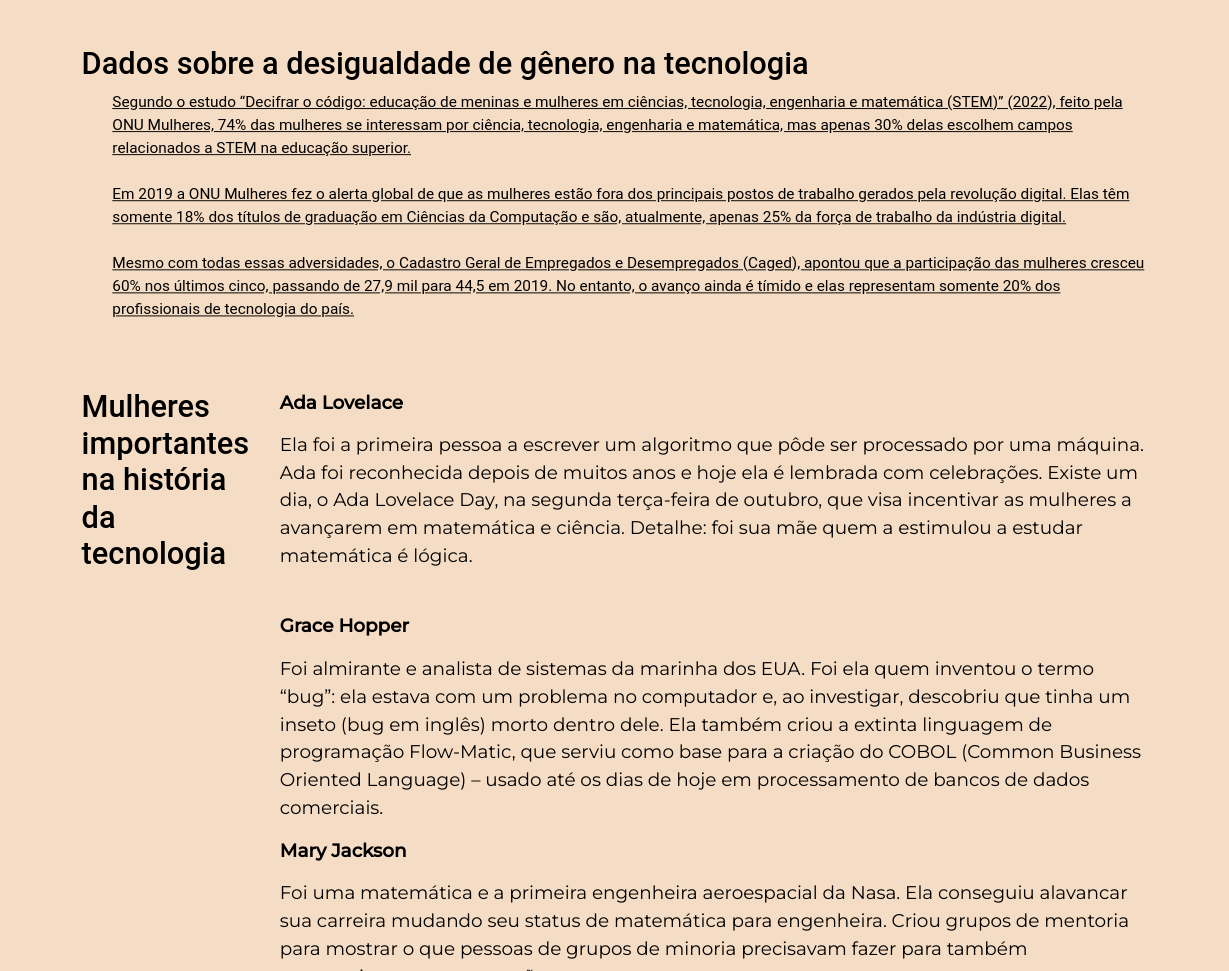
Repository: BellsBarbosa/ODS5_IGUALDADE_DE_GENERO
Page: index.html
The author's editor kept a copy of each file at every save. The page is drawn from the files as they stood at one save, then again after the next save.
The browser window is 1280 px wide. The pictures show the part of the page from y = 1260 to 2271 px (the page is 3278 px tall before and 3208 px after), at 96% of full size.
A picture or video elsewhere on the page could not be fetched, so the positions and the page height are approximate.

Above is the page before, as saved 2023-08-11 15:17:52.

### index.html
<!DOCTYPE html>
<html lang="en">

<head>
    <meta charset="UTF-8">
    <meta name="viewport" content="width=device-width, initial-scale=1.0">
    <meta name="author" content="Isabel Barbosa, Bootstrap contributors">
    <title>ODS 5 - Igualdade de Gênero</title>
    <link href="https://cdn.jsdelivr.net/npm/bootstrap@5.3.0-alpha3/dist/css/bootstrap.min.css" rel="stylesheet"
        integrity="sha384-KK94CHFLLe+nY2dmCWGMq91rCGa5gtU4mk92HdvYe+M/SXH301p5ILy+dN9+nJOZ" crossorigin="anonymous">
    <link rel="stylesheet" href="https://cdn.jsdelivr.net/npm/bootstrap-icons@1.10.5/font/bootstrap-icons.css">
    <link rel="preconnect" href="https://fonts.googleapis.com">
    <link rel="preconnect" href="https://fonts.gstatic.com" crossorigin>
    <link
        href="https://fonts.googleapis.com/css2?family=Caveat:wght@500;700&family=Kalam&family=Montserrat:ital,wght@0,300;0,400;0,500;1,400;1,500;1,600&display=swap"
        rel="stylesheet">
    <link rel="stylesheet" href="style.css">
    </script>


</head>

<body>

    <header class="header-menu">
        <nav>
            <img src="IMG/ODS5-1.jpg" alt="ODS5" width="100%" height="100%"></a>
            <ul class="lista-menu">
                <li><a href="#ods">ODS</a> </li>
                <li><a href="#dados">Dados</a></li>
                <li><a href="#destaques">Destaques</a></li>
                <li><a href="#cards">Soluções</a></li>
                <li><a href="#contato">Contatos</a></li>
            </ul>
        </nav>

    </header>


    <div class="container col-xxl-8 px-4 py-5">
        <div class="row flex-lg-row-reverse align-items-center g-5 py-5">
            <div class="col-10 col-sm-8 col-lg-6">
                <img src="IMG/4029136.jpg" class="d-block mx-lg-auto img-fluid" alt="Bootstrap Themes" loading="lazy">
            </div>
            <div class="col-lg-6">
                <h1 class="display-5 fw-bold text-body-emphasis lh-1 mb-3">ODS 5 - IGUALDADE DE GÊNERO</h1>
                <p class="lead">Aumentar o uso de tecnologias de base, em particular as tecnologias de informação
                    <br>e comunicação, para promover o empoderamento das mulheres.
                </p>
                <a href="https://brasil.un.org/pt-br/sdgs/5" class="botao" target="_blank">Saiba mais</a>
                <div class="d-grid gap-2 d-md-flex justify-content-md-start">

                </div>
            </div>
        </div>
    </div>



    <section class="container-fluid" id="ods">
        <div class="row">
            <div class="column">
                <h2 id="h2-margin">O Que são as ODS?</h2>
                <p>Os Objetivos de Desenvolvimento Sustentável são um apelo global à ação para acabar com a
                    pobreza,
                    proteger o meio ambiente e o clima e garantir que as pessoas, em todos os lugares, possam
                    desfrutar de paz e de prosperidade. Estes são os objetivos para os quais as Nações Unidas
                    estão
                    contribuindo a fim de que possamos atingir a Agenda 2030 no Brasil. O objetivo escolhido foi
                    a ODS 5.B: Aumentar o uso de tecnologias de base, em particular as
                    tecnologias de informação e comunicação, para promover o empoderamento das mulheres.
                </p>
                <img src="IMG/odssss-1-scaled.jpg" align-items="left" alt="Crédito da imagem: Estratégia Ods"
                    width="600" height="330">
                </h1>
            </div>

            <div class="column">
                <h2>ODS 5 - Igualdade de Gênero</h2>
                <p><i>Juliette Erath</i></p>
                <p>"A desigualdade de gênero é em grande parte responsável pela diferença no ambiente de
                    trabalho e
                    nas habilidades em relação a um padrão no setor de tecnologia. Para enfrentar essa
                    desigualdade
                    internacional e crescente, um esforço com empenho precisa ser feito para compreender a
                    origem
                    desse problema e solucioná-lo (...) No Brasil, em 2019, apenas 26% dos formados na área STEM
                    eram mulheres." é o que nos diz <a
                        href="https://www.ironhack.com/br/pt/blog/desigualdade-de-genero-na-tecnologia-vamos-discuti-la"
                        class="link" target="_blank">Juliette Erath em seu texto para IRONHACK.</a></p>
                <iframe width="560" height="315" src="https://www.youtube.com/embed/go-VJzRqacE"
                    title="YouTube video player" frameborder="0"
                    allow="accelerometer; autoplay; clipboard-write; encrypted-media; gyroscope; picture-in-picture; web-share"
                    allowfullscreen></iframe>
            </div>
        </div>

    </section>
    <section class="container-fluid" id="dados">
        <article class="container article-lista">
            <div class="dados">
                <h2>Dados sobre a desigualdade de gênero na tecnologia</h2>
                <ul>
                    <li> <a href="https://blog.google/intl/pt-br/novidades/por-dentro-do-google/mind-the-gap-2022-incentivando-meninas-a-ingressarem-em-carreiras-na-area-de-tecnologia/#:~:text=Segundo%20o%20estudo%20%E2%80%9CDecifrar%20o,a%20STEM%20na%20educa%C3%A7%C3%A3o%20superior."
                            class="link" target="_blank">Segundo o estudo “Decifrar o código: educação de
                            meninas e
                            mulheres em ciências, tecnologia, engenharia e matemática (STEM)” (2022), feito pela
                            ONU
                            Mulheres, 74% das mulheres se interessam por ciência, tecnologia, engenharia e
                            matemática,
                            mas apenas 30% delas escolhem campos relacionados a STEM na educação superior.</a>
                    </li> </br>
                    <a href="http://www.onumulheres.org.br/noticias/onu-mulheres-defende-investimentos-publicos-e-privados-em-igualdade-de-genero-para-aumentar-participacao-de-meninas-e-mulheres-em-ciencia-e-tecnologia/"
                        class="link" target="_blank">Em 2019 a ONU Mulheres fez o alerta global de que as
                        mulheres estão
                        fora dos principais postos de trabalho gerados pela revolução digital. Elas têm somente
                        18% dos
                        títulos de graduação em Ciências da Computação e são, atualmente, apenas 25% da força de
                        trabalho da indústria digital.</a></li> </br> </br>
                    <li> <a href="https://www.vittude.com/blog/mulheres-na-tecnologia-os-desafios-femininos-no-setor/"
                            class="link" target="_blank"> Mesmo com todas essas adversidades, o Cadastro Geral
                            de
                            Empregados e Desempregados (Caged), apontou que a participação das mulheres cresceu
                            60% nos
                            últimos cinco, passando de 27,9 mil para 44,5 em 2019. No entanto, o avanço ainda é
                            tímido e
                            elas representam somente 20% dos profissionais de tecnologia do país.</a> </li>
                    </br>
                </ul> <br>

            </div>
        </article>
    </section>

    <section class="container-fluid" id="destaques">
        <article class="container article-lista">
            <div class="destaques">
                    <h2>Mulheres importantes na história da tecnologia</h2>

                <div class="lista-item">
                    <ul>
                        <li>
                            <p class="lista-titulo">Ada Lovelace</p>

                            <p class="lista-descricao">
                                Ela foi a primeira pessoa a escrever um algoritmo que pôde ser processado por
                                uma máquina.
                                Ada foi reconhecida depois de muitos anos e hoje ela é lembrada com celebrações.
                                Existe um
                                dia, o Ada Lovelace Day, na segunda terça-feira de outubro, que visa incentivar
                                as mulheres
                                a avançarem em matemática e ciência. Detalhe: foi sua mãe quem a estimulou a
                                estudar
                                matemática é lógica.</br>
                                </br>
                            </p>
                        </li>

                        <li>
                            <p class="lista-titulo">Grace Hopper</p>

                            <p class="lista-descricao">
                                Foi almirante e analista de sistemas da marinha dos EUA. Foi ela quem inventou o
                                termo
                                “bug”: ela estava com um problema no computador e, ao investigar, descobriu que
                                tinha um
                                inseto (bug em inglês) morto dentro dele. Ela também criou a extinta linguagem
                                de
                                programação Flow-Matic, que serviu como base para a criação do COBOL (Common
                                Business
                                Oriented Language) – usado até os dias de hoje em processamento de bancos de
                                dados
                                comerciais. </br>

                            </p>
                        </li>
                        <li>
                            <p class="lista-titulo">Mary Jackson</p>

                            <p class="lista-descricao">
                                Foi uma matemática e a primeira engenheira aeroespacial da Nasa. Ela conseguiu
                                alavancar sua
                                carreira mudando seu status de matemática para engenheira. Criou grupos de
                                mentoria para
                                mostrar o que pessoas de grupos de minoria precisavam fazer para também
                                conseguirem essa
                                promoção. </br>

                            </p>
                        </li>
                        <p class="fonte">FONTE: <a target="_blanck"
                                href="http://www.onumulheres.org.br/noticias/onu-mulheres-defende-investimentos-publicos-e-privados-em-igualdade-de-genero-para-aumentar-participacao-de-meninas-e-mulheres-em-ciencia-e-tecnologia/">Mulheres
                                em tecnologia: e se fôssemos 50%?</a></p>

                </div>

            </div>

        </article>
    </section>

    <section class="container-fluid" id="cards">
        <div class="row row-cols-1 row-cols-md-3 g-4">
            <div class="col">
                <div class="card">
                    <img src="IMG/criança.jpg" class="card-img-top" alt="...">
                    <div class="card-body">
                        <h5 class="card-title text-center">Introduza meninas ao mundo da tecnologia</h5>
                        <p class="card-text justify-content-evenly">Apresentar as meninas ao mundo da tecnologia expande
                            as chances delas desenvolverem suas habilidades e criatividade,
                            proporcionando a elas a chance de inventar, criar e aprender sobre a área.</p>
                    </div>
                </div>
            </div>
            <div class="col">
                <div class="card">
                    <img src="IMG/mulher_liderança.jpg" class="card-img-top" alt="...">
                    <div class="card-body">
                        <h5 class="card-title text-center">Comemore as mulheres na liderança</h5>
                        <p class="card-text justify-content-evenly">Divulgar a jornadas de mulheres que impactaram na
                            tecnologia, e celebrar o trabalho dessas vitoriosas, irá inspirar
                            nossas meninas e mulheres a iniciar suas próprias carreiras na área tecnológica..</p>
                    </div>
                </div>
            </div>
            <div class="col">
                <div class="card">
                    <img src="IMG/parcerias.jpg" class="card-img-top" alt="...">
                    <div class="card-body">
                        <h5 class="card-title text-center">Estabeleça parcerias e oportunidades</h5>
                        <p class="card-text justify-content-evenly">Realizar parcerias com entidades que utilizam a
                            tecnologia como instrumento para diminuir a desigualdade de gênero irá
                            expandir o alcance desses projetos, aumentando assim a inserção de mulheres na
                            tecnologia.</p>
                    </div>
                </div>
            </div>

        </div>
    </section> <br>


    <footer class="rodape" id="contato">
        <div class="container">
            <div class="row">
                <div class="column">
                    <ul class="lista-rodape">
                        <li> <i class="bi bi-envelope"></i><a href="barbosa.isabelcristina@gmail.com" target="_blank"
                                class="link-icone">
                                barbosa.isabelcristina@gmail.com</a></li>
                        <li><i class="bi bi-linkedin"></i><a href="https://www.linkedin.com/in/isabel-barbosa-aa080456/"
                                target="_blank" class="link-icone"> Isabel Barbosa</a></li>
                        <li><i class="bi bi-github"></i><a href="https://github.com/BellsBarbosa" target="_blank"
                                class="link-icone">
                                BellsBarbosa</a></li>
                        <li><i class="bi bi-arrow-up-square-fill"></i><a href="#top" class="link-icone"> Topo da
                                página</a></li>

                    </ul>
                </div>
                <div class="column">
                    <ul class="lista-rodape">
                        <li>Créditos:</li>
                        <li>Imagem ODS:<a href="https://estrategiaods.org.br/" target="_blank" class="link-icone">
                                Estratégia ODS</a></li>
                        </li>
                        <li>Hero Image:<a
                                href="https://br.freepik.com/vetores-gratis/conceito-de-igualdade-de-genero_8925920.htm#query=igualdade%20de%20genero&position=0&from_view=search&track=ais">Imagem
                                de pikisuperstar</a> no Freepik</li>
                        </li>
                        <li> Video: <a href="https://www.youtube.com/watch?v=go-VJzRqacE&ab_channel=CentroCulturalLight"
                                target="_blank" class="link-icone">
                                Centro Cultural Light</a></li>
                        </li>
                        <li> Card 1: <a
                                href="https://br.freepik.com/fotos-gratis/garotinha-afro-americana-feliz-durante-videochamada-com-laptop_20052825.htm#query=meninas%20na%20tecnologia&position=14&from_view=search&track=ais">Imagem
                                de master1305</a> no Freepik
                        </li>
                        <li> Card 2: <a
                                href="https://br.freepik.com/fotos-gratis/mulher-afro-americana-confiante-com-documentos-em-papel_6882196.htm#query=mulheres%20na%20lideran%C3%A7a&position=19&from_view=search&track=ais">Imagem
                                de pch.vector</a> no Freepik
                        </li>
                        <li> Card 3: <a
                                href="https://br.freepik.com/fotos-gratis/mulheres-de-negocios-felizes-apoiando-uns-aos-outros-e-de-maos-dadas-em-um-cafe_26402023.htm#query=mulheres%20na%20lideran%C3%A7a&position=17&from_view=search&track=ais">Imagem
                                de Drazen Zigic</a> no Freepik
                        </li>
                    </ul>
                </div>
            </div>


        </div>
    </footer>

### style.css
 @import url('https://fonts.googleapis.com/css2?family=Caveat:wght@500;700&family=Kalam&family=Montserrat:ital,wght@0,300;0,400;0,500;1,400;1,500;1,600&display=swap');

 * {

   margin: 0;

   padding: 0;

   outline: 0;
 }

 body {

   font-family: 'Roboto', sans-serif;
   margin: 0;
   background-color: #f5ddc5;
   display: flex;
   min-height: 100vh;
   flex-direction: column;
   margin-top: 0%;
   position: relative;
   width: 100%;
   margin: 0 auto;
   padding: 0;

 }

 p {
   font-size: 1.2em;
   font-family: 'Montserrat', sans-serif;
   color: #000000;

 }

 a {
   color: rgb(0, 0, 0);
 }

 .h2 {
   color: #0b0b0b
 }

 li {

   list-style: none;
 }

 .header-menu {

   display: flex;
   position: fixed;
   width: 100%;
   padding: 8px;
   padding-bottom: 32px;
   padding-top: 32px;
   height: 30px;
   background-color: #6e999c;
 }

 .header-menu nav {
   display: flex;
   justify-content: flex-end;
   width: 100%;
 }

 .lista-menu {
   display: flex;
   justify-content: space-evenly;
   width: 50%;
   align-items: center;
 }

 .lista-menu li>a {
   color: #FFF;
   font-size: 18px;
   text-decoration: inherit;
 }

 .botao {
   border-radius: 8px;
   border: 1px solid #9fadaa;
   color: #9fadaa;
   font-size: 1.2em;
   line-height: 25px;
   text-align: center;
   text-decoration: none;
   text-transform: uppercase;
   padding: 10px 20px 10px 20px;
   position: relative;
   width: 200px;
 }

 .botao a {
   padding-left: 20%;
 }

 .botao a:hover {
   color: #000000;
   font-size: 1.2em;
 }


 .column {
   float: left;
   width: 50%;
   padding: 3%;
   color: #000000;
   text-align: justify;
 }

 /* Clear floats after the columns */
 .row:after {
   content: "";
   display: table;
   clear: both;
 }

 .ods {
   padding-bottom: 3%;
 }

 .dados {
   padding: 3px;
   align-content: center;
   color: #000000
 }

 .destaques {
   padding: 3px;
   align-content: center;
   color: #000000;
   padding-bottom: 3%;
   display: flex;
 }

 .cards {

   padding: 3px;
   align-content: center;
   color: #000000;
   padding-bottom: 3%;
 }

 .lista-titulo {
   font-weight: 600;

 }

 .rodape {
   height: 300px;
   display: flex;
   align-items: center;
   background-color: #6e999c;

 }

 .lista-rodape {
   color: #000000;
   font-weight: 700;
   font-size: 20px;
   margin-bottom: 16px;
   display: flex;
   align-items: flex-start;
   flex-direction: column;

 }

 .estilo-icone {
   font-size: 32px;
   margin-right: 10px;
  }

After the next save:
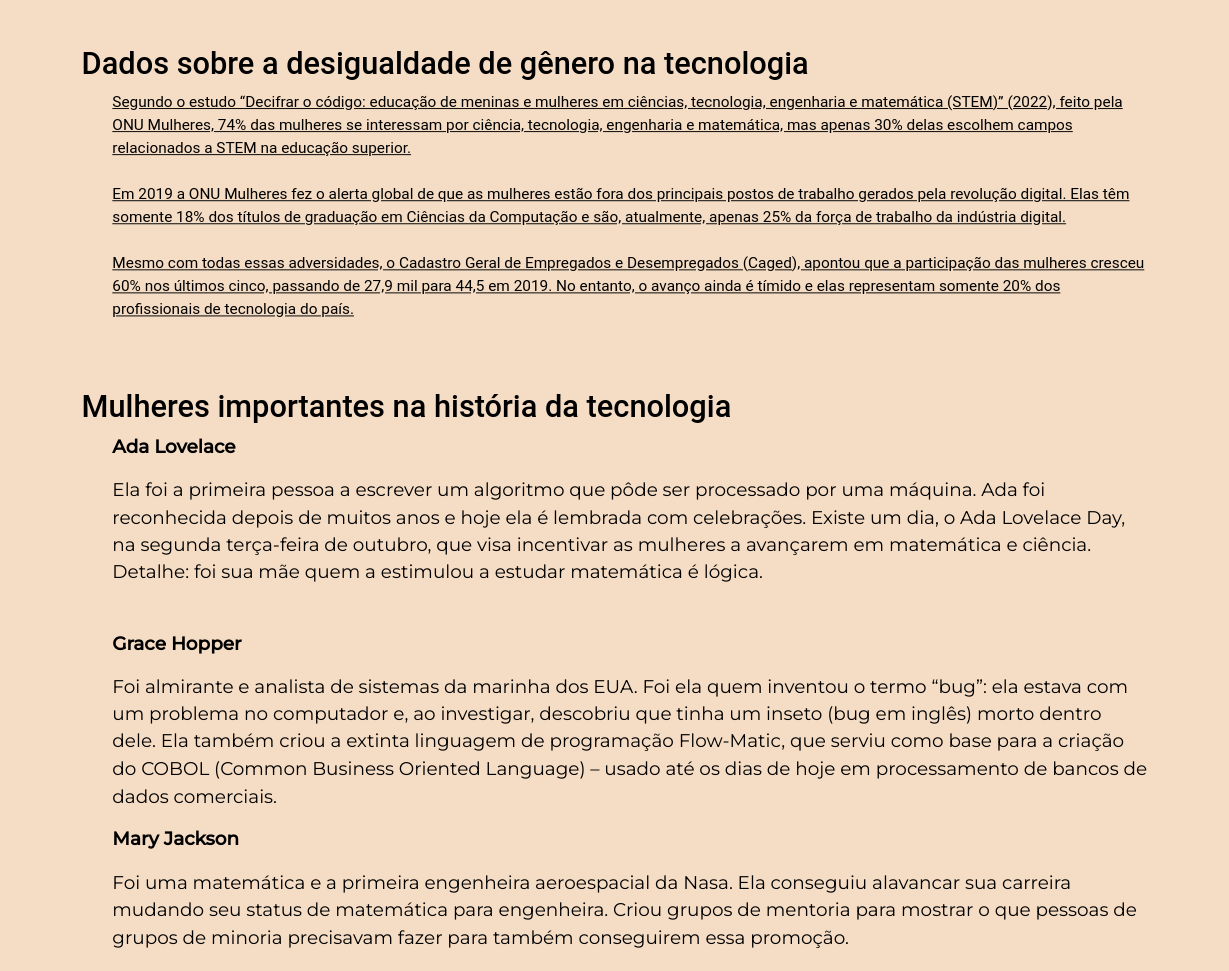
Saved 20 s later.
--- a/index.html
+++ b/index.html
@@ -132,9 +132,9 @@
         </article>
     </section>
 
-    <section class="container-fluid" id="destaques">
+    <section class="container-fluid" id="dados">
         <article class="container article-lista">
-            <div class="destaques">
+            <div class="dados">
                     <h2>Mulheres importantes na história da tecnologia</h2>
 
                 <div class="lista-item">

After the 2 saves that followed:
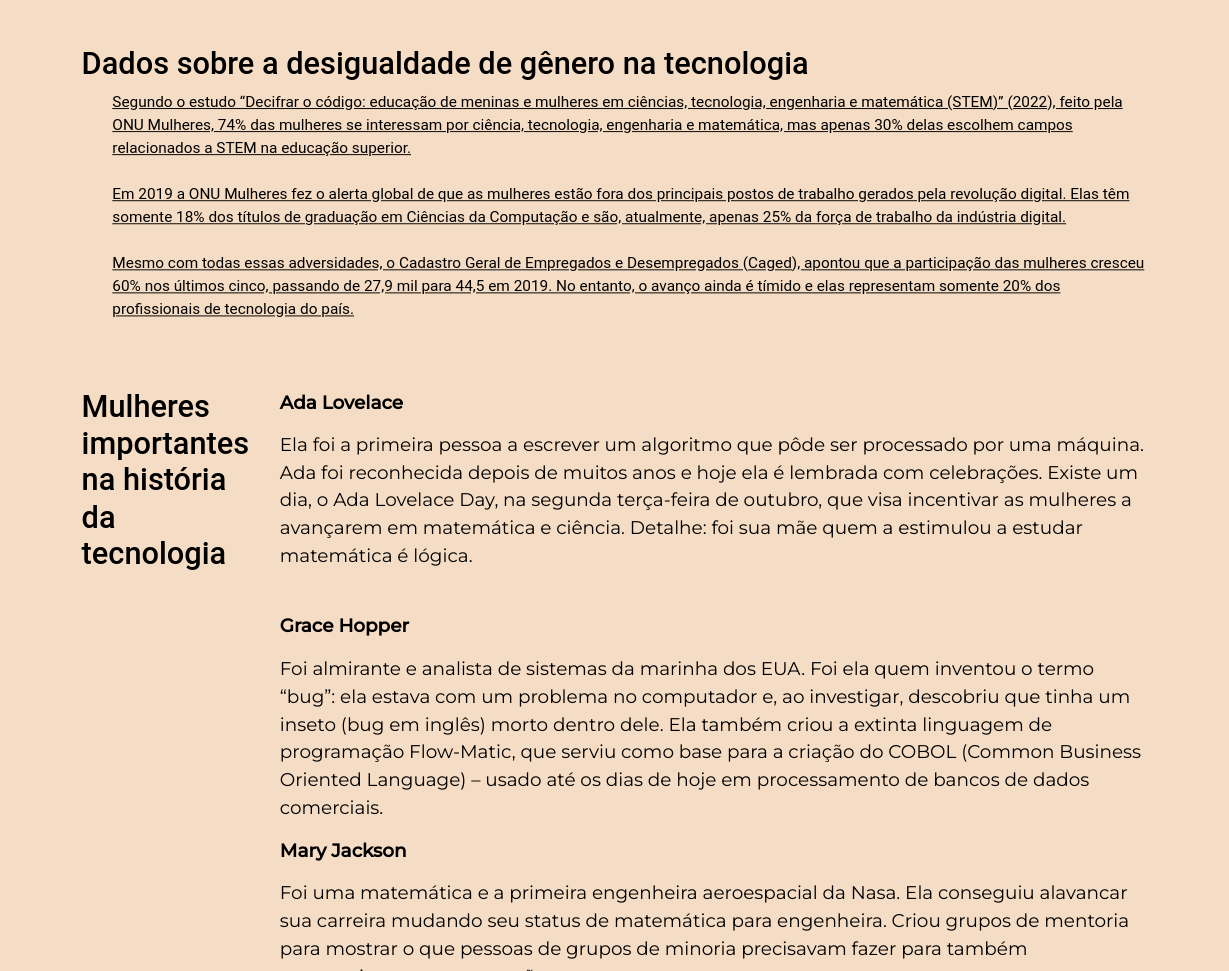
The 2 saves are shown as one change because they came seconds apart.
The last was saved 6 s later.
--- a/index.html
+++ b/index.html
@@ -134,7 +134,7 @@
 
     <section class="container-fluid" id="dados">
         <article class="container article-lista">
-            <div class="dados">
+            <div class="destaques">
                     <h2>Mulheres importantes na história da tecnologia</h2>
 
                 <div class="lista-item">
